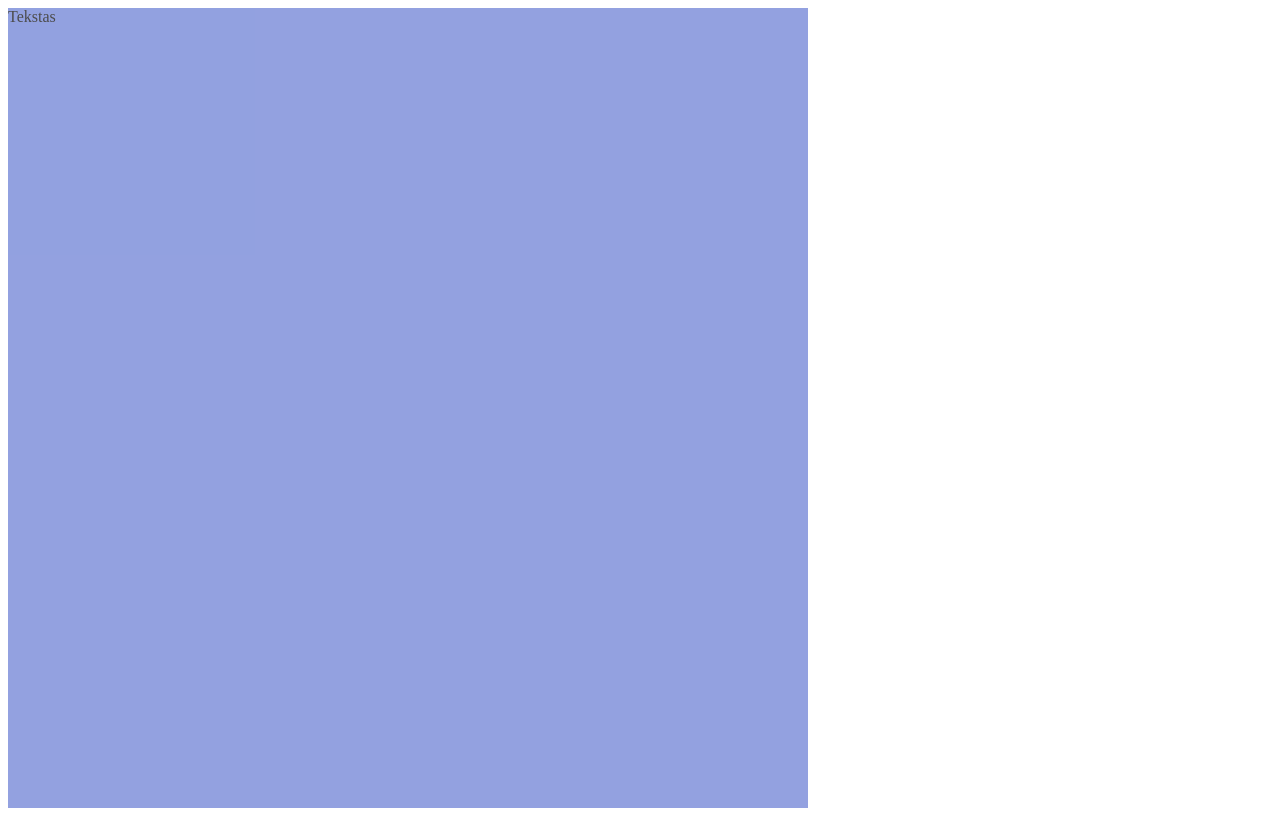
Repository: motiejus1/10-paskaita-05.31
Page: index.html
The author's editor kept a copy of each file at every save. The page is drawn from the files as they stood at one save, then again after the next save.
The browser window is 1280 px wide. The pictures show the whole page.

Above is the page before, as saved 2021-06-16 18:26:21.

After the next save:
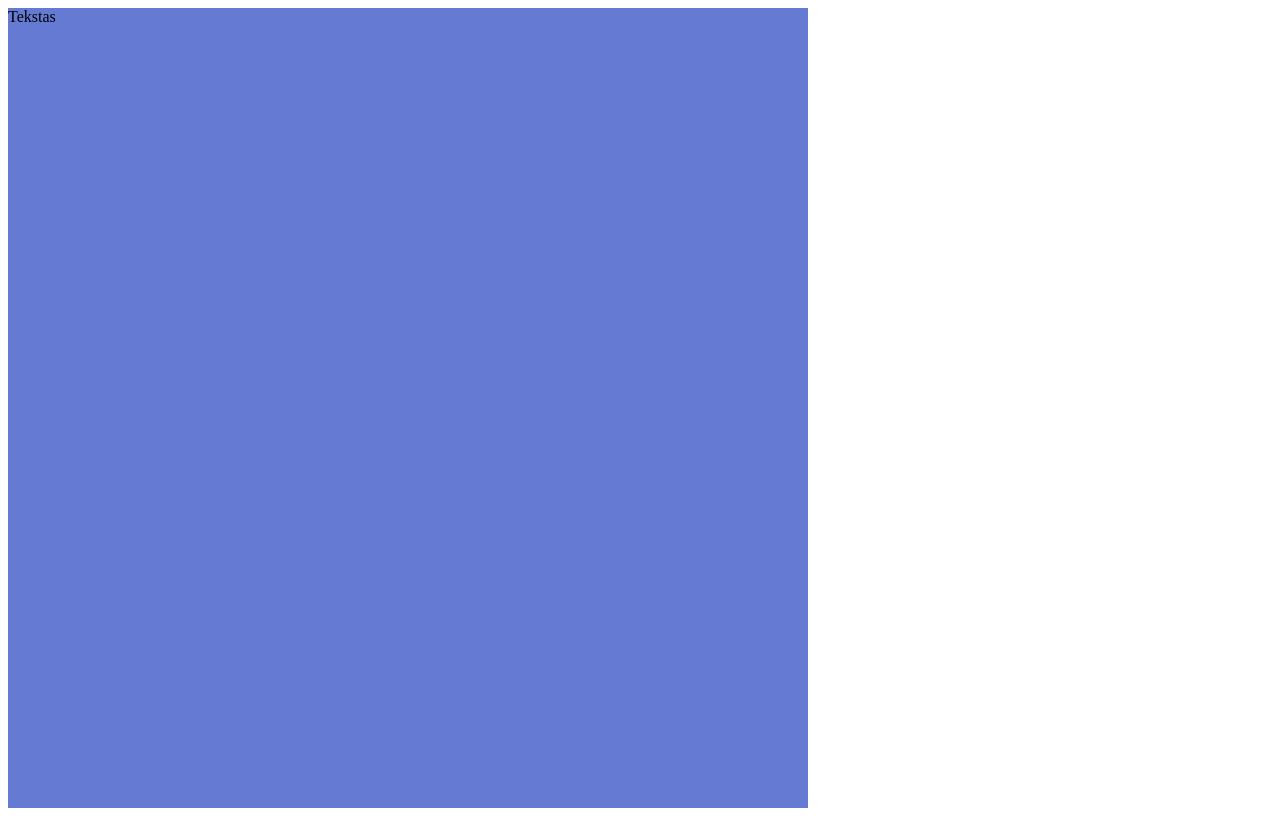
Saved 4 s later.
--- a/index.html
+++ b/index.html
@@ -23,7 +23,7 @@
     </style>
 </head>
 <body>
-    <div class="container fonas">
+    <div class="container fonas-rgb">
         Tekstas
     </div>
 </body>

After the save that followed:
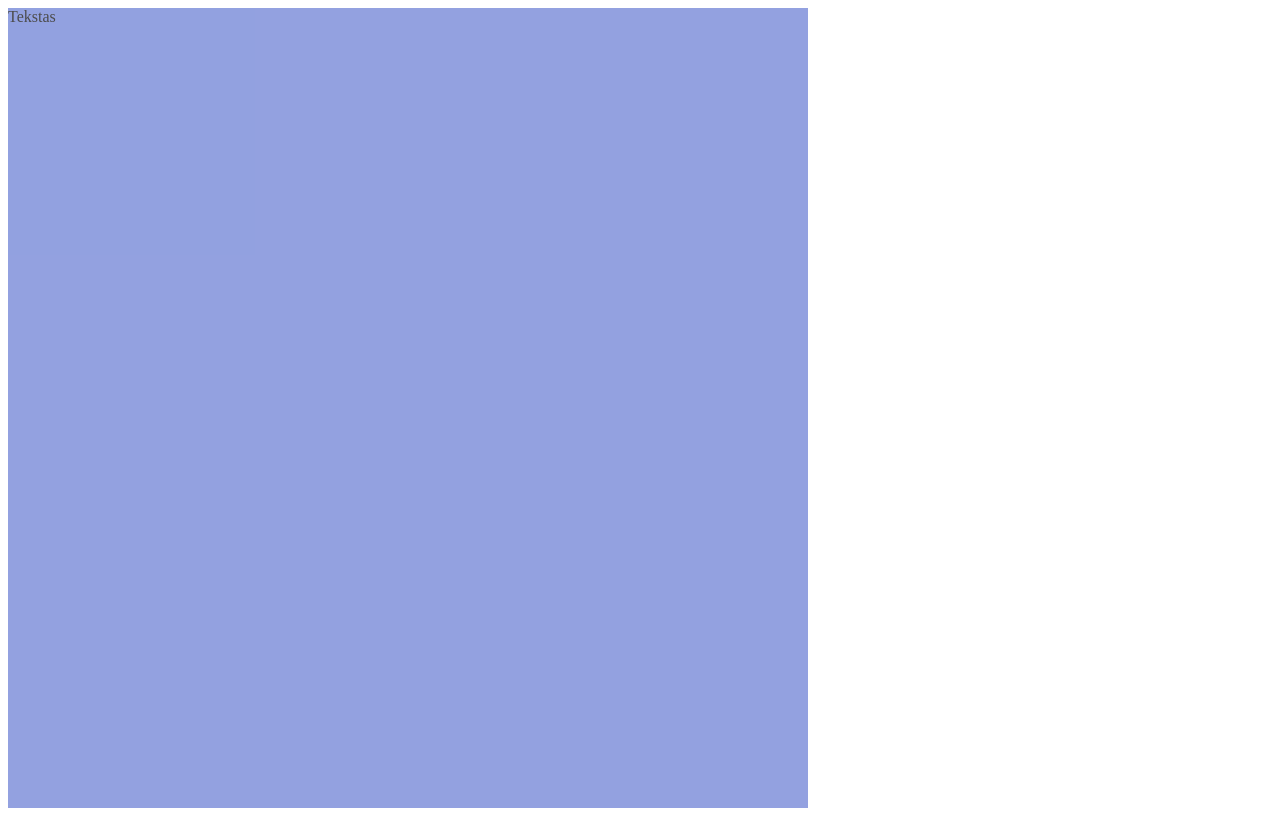
Saved 12 s later.
--- a/index.html
+++ b/index.html
@@ -19,6 +19,7 @@
 
         .fonas-rgb {
             background-color:rgb(101, 122, 211);
+            opacity: 0.7;
         }
     </style>
 </head>
